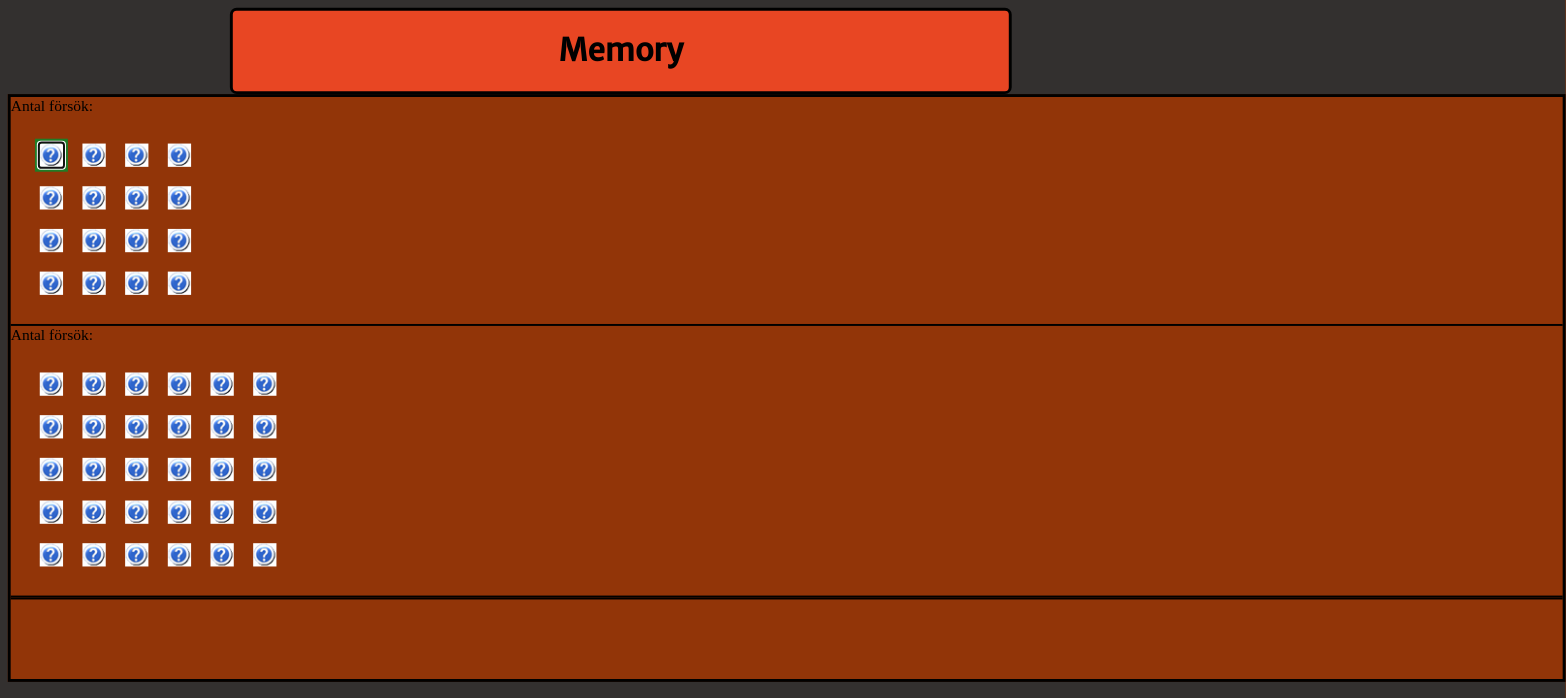
Repository: mi222eh/1dv403-laborationer
Page: 3-gameon/memory/index.html
The author's editor kept a record of every edit. The page is drawn from the files as they stood at one moment, then again after the next edit.
The browser window is 1280 px wide. The page is 1614 px wide, so the pictures cover 1614 px, including what lies to the right of the window. The pictures show the whole page, at 97% of full size.

Above is the page before.

After the next edit:
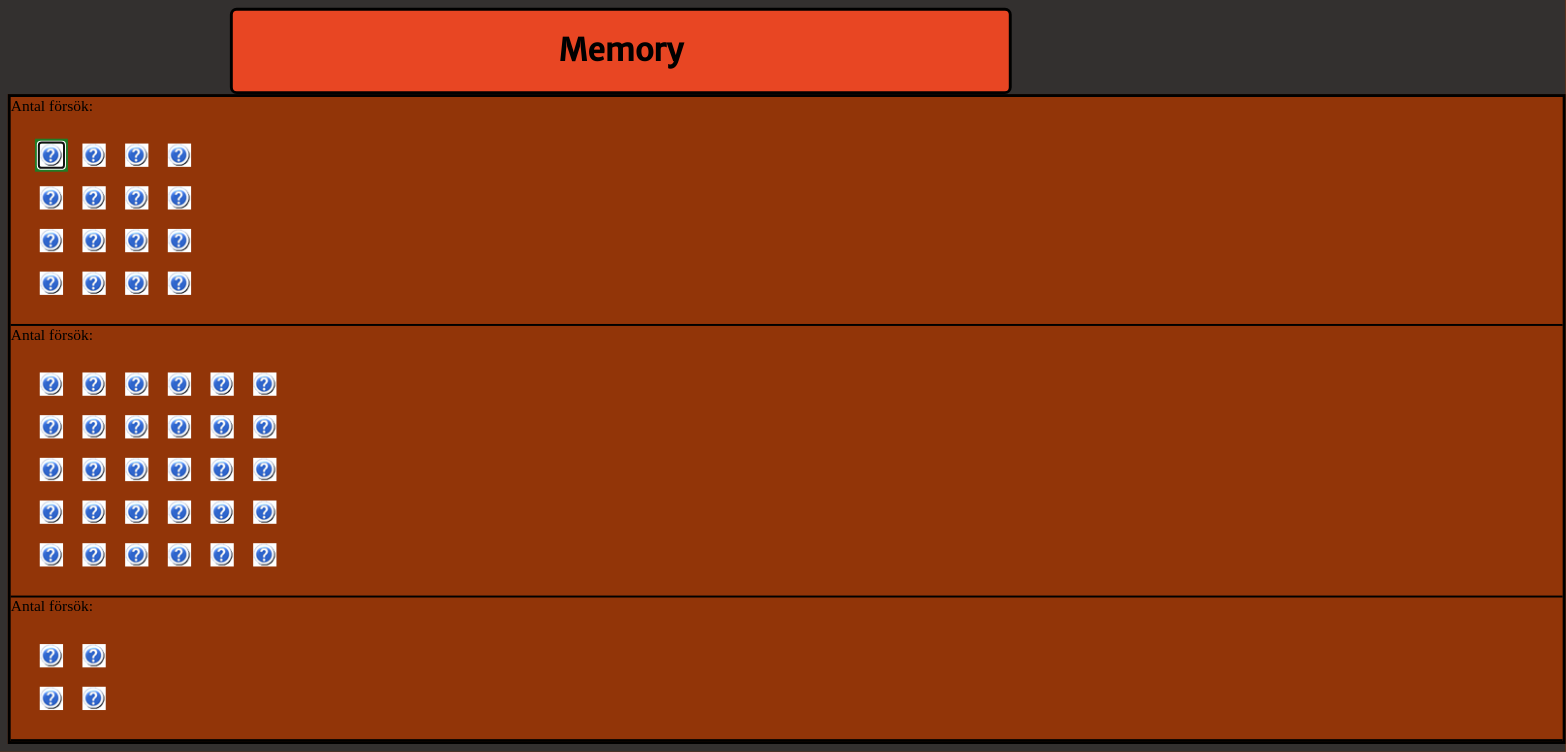
The edit:
--- a/3-gameon/memory/script/games.js
+++ b/3-gameon/memory/script/games.js
@@ -5,6 +5,7 @@
         var game3 = new MemoryGame(2, 2, "game3", 1);
         game1.generateGame();
         game2.generateGame();
+        game3.generateGame();
         console.log(game1);
         console.log(game2);
 
